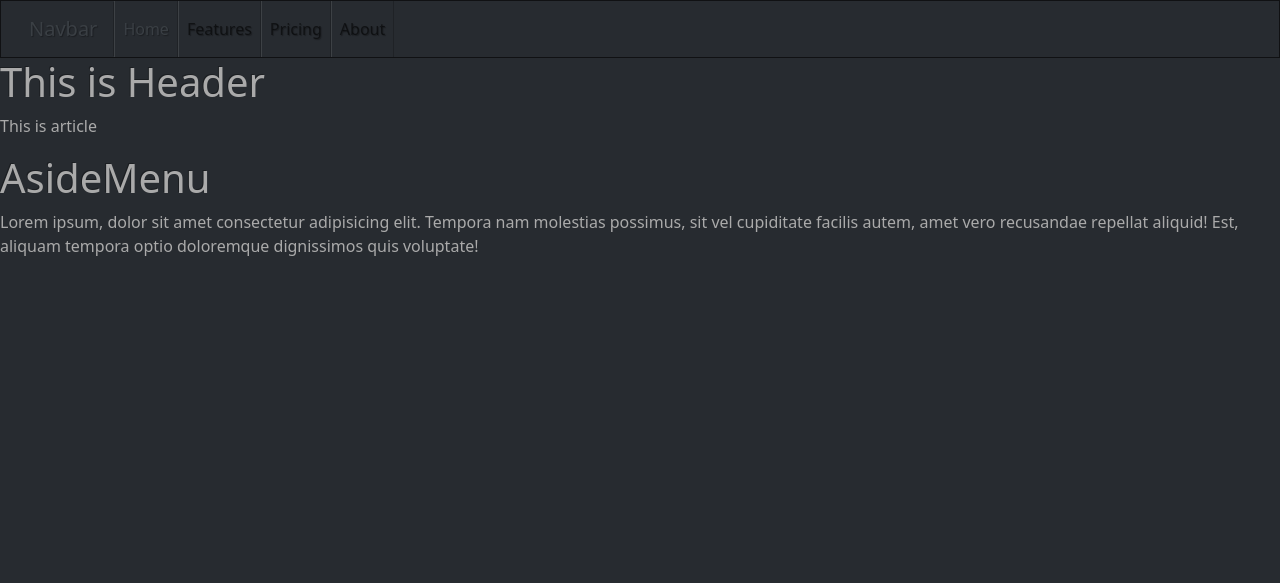
Repository: chanwarichawki/React-BC
Page: /
An editor plug-in stored every save of this project. The page is shown before and after the next save, followed by the edit.
The browser window is 1280 px wide. The pictures show the whole page.
Some web libraries are served in a nearby version. The project was rebuilt for these pictures with package versions that can differ from the ones it lists, and the page was loaded fresh each time. Also part of the build but not shown: vite.config.js.

Above is the page before, as saved 2024-01-14 20:02:33.

### src/App.jsx
import Article from "./components/Article";
import Header from "./components/Header";
import NavBar from "./components/NavBar";

function App() {
  return (
    <>
    <NavBar />
    <Header />
    <Article />
    </>
  )
}

export default App

### src/index.css
@import "/node_modules/bootswatch/dist/slate/bootstrap.min.css"

### src/components/Article.jsx
import AsideMenu from "./AsideMenu"

const Article = () => {
  return (
      <>
      <div>
      <p>This is article</p>
      </div>
      <AsideMenu />
      </>
  )
}

export default Article

### src/components/Header.jsx

function Header() {
  return (
    <div><h1>This is Header</h1></div>
  )
}

export default Header

### src/components/NavBar.jsx

function NavBar() {
  return (
    <nav className="navbar navbar-expand-lg bg-dark" data-bs-theme="dark">
  <div className="container-fluid">
    <a className="navbar-brand" href="#">Navbar</a>
    <button className="navbar-toggler" type="button" data-bs-toggle="collapse" data-bs-target="#navbarColor02" aria-controls="navbarColor02" aria-expanded="false" aria-label="Toggle navigation">
      <span className="navbar-toggler-icon"></span>
    </button>
    <div className="collapse navbar-collapse" id="navbarColor02">
      <ul className="navbar-nav me-auto">
        <li className="nav-item">
          <a className="nav-link active" href="#">Home
            <span className="visually-hidden">(current)</span>
          </a>
        </li>
        <li className="nav-item">
          <a className="nav-link" href="#">Features</a>
        </li>
        <li className="nav-item">
          <a className="nav-link" href="#">Pricing</a>
        </li>
        <li className="nav-item">
          <a className="nav-link" href="#">About</a>
        </li>
      </ul>
    </div>
  </div>
</nav>
  )
}

export default NavBar

### src/components/AsideMenu.jsx


function AsideMenu() {
  return (
    <>
    <h1>AsideMenu</h1>
    <p>Lorem ipsum, dolor sit amet consectetur adipisicing elit. Tempora nam molestias possimus, sit vel cupiditate facilis autem, amet vero recusandae repellat aliquid! Est, aliquam tempora optio doloremque dignissimos quis voluptate!</p>
    </>
  )
}

export default AsideMenu

Loaded but not shown: index.html (common file); src/main.jsx (common file)

After the next save:
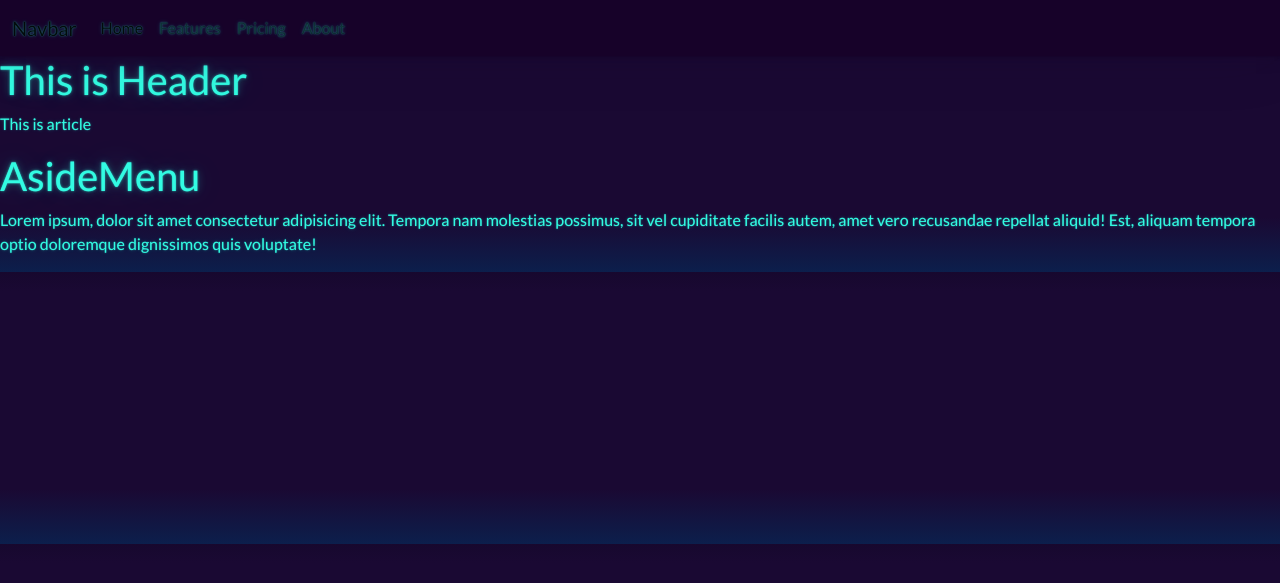
Saved 90 s later.
--- a/src/index.css
+++ b/src/index.css
@@ -1 +1 @@
-@import "/node_modules/bootswatch/dist/slate/bootstrap.min.css"
+@import "/node_modules/bootswatch/dist/vapor/bootstrap.min.css"
